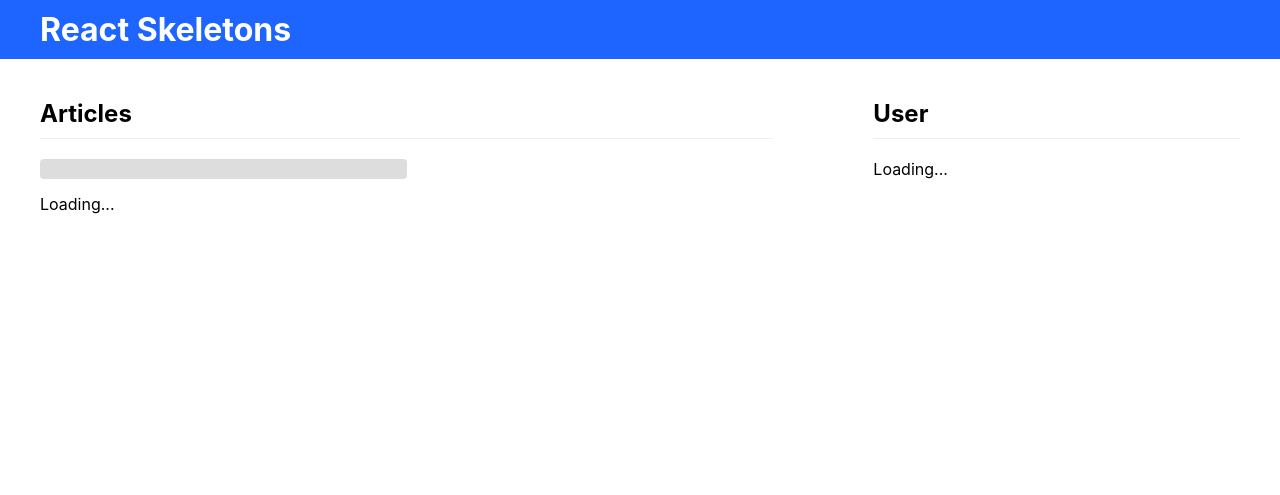
Repository: hwangstar156/React-skeleton-image
Page: /
An editor plug-in stored every save of this project. The page is shown before and after the next save, followed by the edit.
The browser window is 1280 px wide. The pictures show the whole page.
The page's requests for data from a server got no answer. The project was rebuilt for these pictures with package versions that can differ from the ones it lists, and the page was loaded fresh each time. No one was signed in, and anything a server would have sent is missing.

Above is the page before, as saved 2021-10-02 01:08:18.

### src/index.css
body {
  margin: 0;
  font-family: -apple-system, BlinkMacSystemFont, 'Segoe UI', 'Roboto', 'Oxygen',
    'Ubuntu', 'Cantarell', 'Fira Sans', 'Droid Sans', 'Helvetica Neue',
    sans-serif;
  -webkit-font-smoothing: antialiased;
  -moz-osx-font-smoothing: grayscale;
}

code {
  font-family: source-code-pro, Menlo, Monaco, Consolas, 'Courier New',
    monospace;
}

header {
  background : #1e65ff;
  padding : 10px;
}

header h1 {
  color : white;
  max-width: 1200px;
  margin : 0 auto;
}

h2 {
  padding-bottom : 10px;
  border-bottom: 1px solid #eee;
}

.content {
  width : 100%;
  max-width: 1200px;
  margin: 0 auto;
  padding : 20px;
  display: grid;
  grid-template-columns: 2fr 1fr;
  gap : 100px;
}

### src/App.js
import React from "react";

import Articles from "./component/Article";
import User from "./component/User";
function App() {
  return (
    <div className="App">
      <header>
        <h1>React Skeletons</h1>
      </header>
      <div className="content">
        <Articles />
        <User />
      </div>
    </div>
  );
}

export default App;

### src/component/Article.js
import React, { useEffect, useState } from "react";
import SkeletonElement from "../skeletons/skeleton.element";

const Articles = () => {
  const [articles, setArticles] = useState(null);

  useEffect(() => {
    setTimeout(async () => {
      const res = await fetch("https://jsonplaceholder.typicode.com/posts");
      const data = await res.json();
      setArticles(data);
    }, 5000);
  }, []);
  return (
    <div className="articles">
      <h2>Articles</h2>

      <SkeletonElement type="title" />

      {articles &&
        articles.map((article) => (
          <div className="article" key={article.id}>
            <h3>{article.title}</h3>
            <p>{article.body}</p>
          </div>
        ))}
      {!articles && <div>Loading...</div>}
    </div>
  );
};

export default Articles;

### src/component/User.js
import React, { useState, useEffect } from "react";

const User = () => {
  const [profile, setProfile] = useState(null);

  useEffect(() => {
    setTimeout(async () => {
      const res = await fetch("https://jsonplaceholder.typicode.com/users/1");
      const data = await res.json();
      setProfile(data);
    }, 5000);
  }, []);
  return (
    <div className="user">
      <h2>User</h2>
      {profile && (
        <div className="profile" key={profile.id}>
          <h3>{profile.username}</h3>
          <p>{profile.email}</p>
          <a href={profile.website}>{profile.website}</a>
        </div>
      )}

      {!profile && <div>Loading...</div>}
    </div>
  );
};

export default User;

### src/skeletons/skeleton.element.js
import React from "react";
import "./skeleton.css";
const SkeletonElement = ({ type }) => {
  const classes = `skeleton ${type}`;
  return <div className={classes}></div>;
};

export default SkeletonElement;

### src/skeletons/skeleton.css
/* basic styles */

.skeleton {
    background: #ddd;
    margin : 10px 0;
    border-radius: 4px;

}

.skeleton.text {
    width : 100%;
    height : 12px;
}

.skeleton.title {
    width: 50%;
    height: 20px;
    margin-bottom: 15px;
}

.skeleton.avatar{
    width: 100px;
    height: 100px;
    border-radius: 50%;
}

.skeleton.thumbnail {
    width: 100px;
    height : 100px;
}

Loaded but not shown: public/index.html (common file); src/index.js (common file)

After the next save:
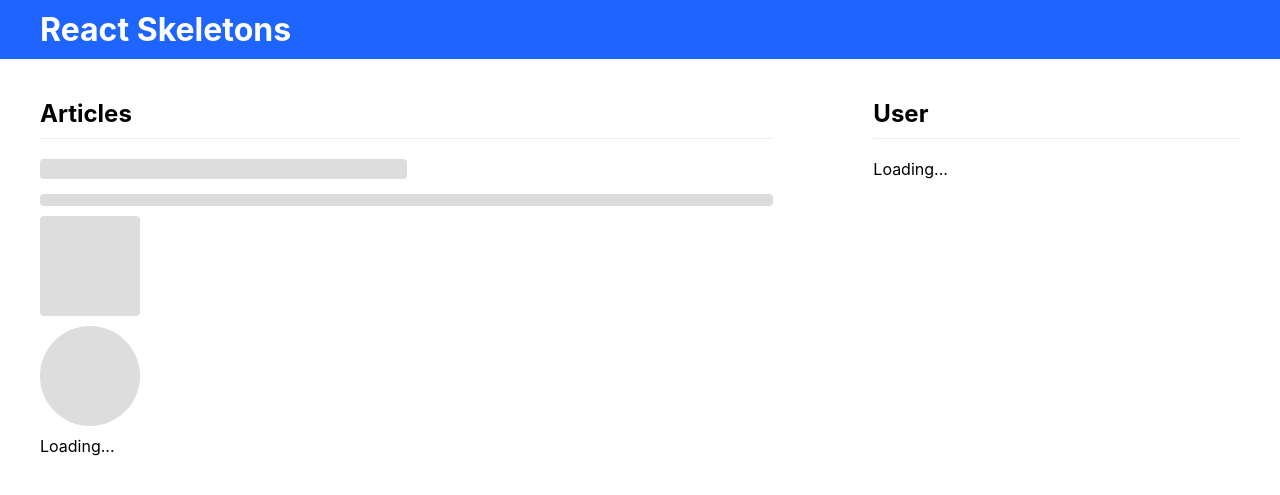
Saved 71 s later.
--- a/src/component/Article.js
+++ b/src/component/Article.js
@@ -16,6 +16,9 @@ const Articles = () => {
       <h2>Articles</h2>
 
       <SkeletonElement type="title" />
+      <SkeletonElement type="text" />
+      <SkeletonElement type="thumbnail" />
+      <SkeletonElement type="avatar" />
 
       {articles &&
         articles.map((article) => (
